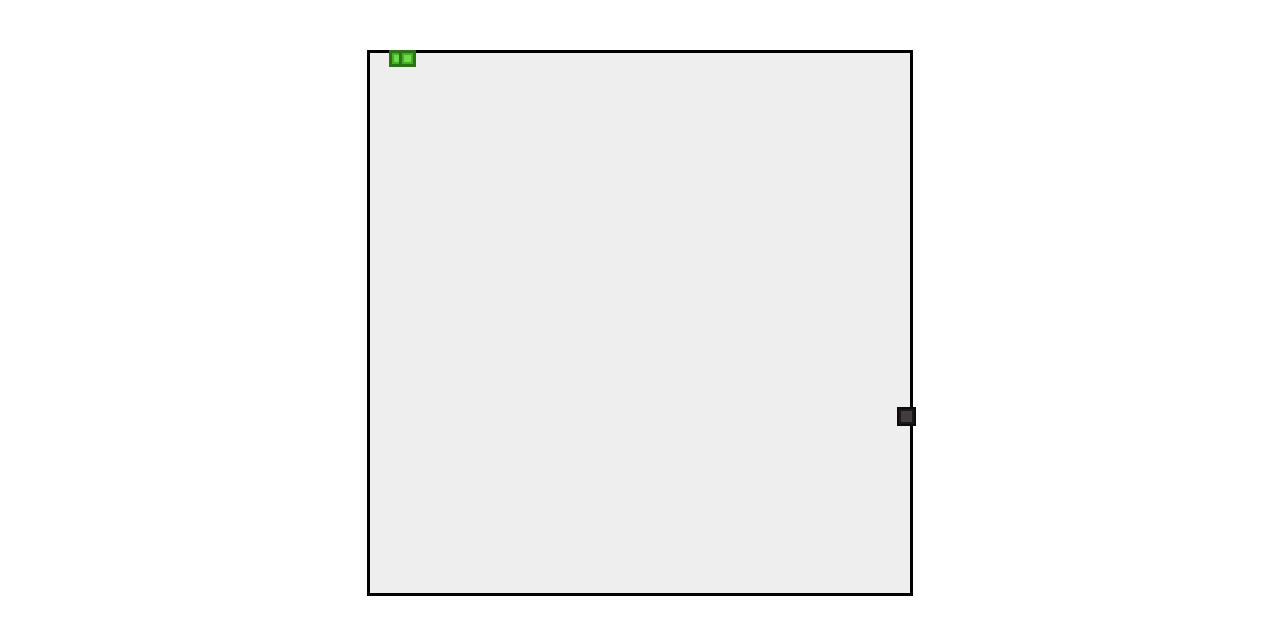
Repository: Krashgul/React_Snake_Game
Page: /
The author's editor kept a copy of each file at every save. The page is drawn from the files as they stood at one save, then again after the next save.
The browser window is 1280 px wide. The pictures show the whole page.
The project was rebuilt for these pictures with package versions that can differ from the ones it lists, and the page was loaded fresh each time.

Above is the page before, as saved 2021-03-02 00:43:15.

### src/index.css
.game-area {
  position: relative;
  margin: 50px auto;
  width: 75vh;
  height: 75vh;
  background-color: #eee;
  border: 3px solid #000;
}

.snake-dot {
  position: absolute;
  width: 2%;
  height: 2%;
  background-color: hsl(106, 66%, 58%);
  border: 2px solid hsl(106, 66%, 41%);
  -webkit-box-shadow: 0px 0px 0px 3px hsl(106, 66%, 27%);
  -moz-box-shadow: 0px 0px 0px 3px hsl(106, 66%, 27%);
  box-shadow: 0px 0px 0px 3px hsl(106, 66%, 27%);
  z-index: 2;
  box-sizing: border-box;
}

.snake-food {
  position: absolute;
  width: 2%;
  height: 2%;
  background: hsl(0, 5%, 25%);
  border: 2px solid hsl(0, 5%, 10%);
  -webkit-box-shadow: 0px 0px 0px 2px hsl(0, 5%, 5%);
  -moz-box-shadow: 0px 0px 0px 2px hsl(0, 5%, 5%);
  box-shadow: 0px 0px 0px 2px hsl(0, 5%, 5%);
  z-index: 1;
}

### src/App.js
import React, { Component } from 'react';
import Snake from './Snake';
import Food from './Food';

const getRandomCoordinates = () => {
  let min = 1;
  let max = 98;
  let x = Math.floor((Math.random()*(max-min+1)+min)/2)*2;
  let y =  Math.floor((Math.random()*(max-min+1)+min)/2)*2;
  return [x,y]
}

const initialState = {
  food: getRandomCoordinates(),
  speed: 50,
  direction: 'RIGHT',
  snakeDots: [
    [0,0],
    [2,0]
  ]
}

class App extends Component {

  state = initialState;

  componentDidMount() {
    setInterval(this.moveSnake, this.state.speed);
    document.onkeydown = this.onKeyDown;
  }

  componentDidUpdate() {
    this.checkIfOutOfBorders();
    this.checkIfCollapsed();
    this.checkIfEat();
  }

  onKeyDown = (e) => {
    e = e || window.event;
    switch (e.keyCode) {
      case 38:
        this.setState({direction: 'UP'});
        break;
      case 40:
        this.setState({direction: 'DOWN'});
        break;
      case 37:
        this.setState({direction: 'LEFT'});
        break;
      case 39:
        this.setState({direction: 'RIGHT'});
        break;
    }
  }

  moveSnake = () => {
    let dots = [...this.state.snakeDots];
    let head = dots[dots.length - 1];

    switch (this.state.direction) {
      case 'RIGHT':
        head = [head[0] + 2, head[1]];
        break;
      case 'LEFT':
        head = [head[0] - 2, head[1]];
        break;
      case 'DOWN':
        head = [head[0], head[1] + 2];
        break;
      case 'UP':
        head = [head[0], head[1] - 2];
        break;
    }
    dots.push(head);
    dots.shift();
    this.setState({
      snakeDots: dots
    })
  }

  checkIfOutOfBorders() {
    let head = this.state.snakeDots[this.state.snakeDots.length - 1];
    if (head[0] >= 100 || head[1] >= 100 || head[0] < 0 || head[1] < 0) {
      this.onGameOver();
    }
  }

  checkIfCollapsed() {
    let snake = [...this.state.snakeDots];
    let head = snake[snake.length - 1];
    snake.pop();
    snake.forEach(dot => {
      if (head[0] == dot[0] && head[1] == dot[1]) {
        this.onGameOver();
      }
    })
  }

  checkIfEat() {
    let head = this.state.snakeDots[this.state.snakeDots.length - 1];
    let food = this.state.food;
    if (head[0] == food[0] && head[1] == food[1]) {
      this.setState({
        food: getRandomCoordinates()
      })
      this.enlargeSnake();
      this.increaseSpeed();
    }
  }

  enlargeSnake() {
    let newSnake = [...this.state.snakeDots];
    newSnake.unshift([])
    this.setState({
      snakeDots: newSnake
    })
  }

  increaseSpeed() {
    if (this.state.speed > 10) {
      this.setState({
        speed: this.state.speed - 10
      })
    }
  }

  onGameOver() {
    alert(`Game Over. Snake length is ${this.state.snakeDots.length}`);
    this.setState(initialState)
  }

  render() {
    return (
      <div className="game-area">
        <Snake snakeDots={this.state.snakeDots}/>
        <Food dot={this.state.food}/>
      </div>
    );
  }
}

export default App;

### src/Snake.js
import React from 'react';

export default (props) => {
  return (
    <div>
      {props.snakeDots.map((dot, i) => {
        const style = {
          left: `${dot[0]}%`,
          top: `${dot[1]}%`
        }
        return (
          <div className="snake-dot" key={i} style={style}></div>
        )
      })}
    </div>
  )
}

Loaded but not shown: public/index.html (common file); src/index.js (common file); src/serviceWorker.js (common file); src/Food.js (common file)

After the next save:
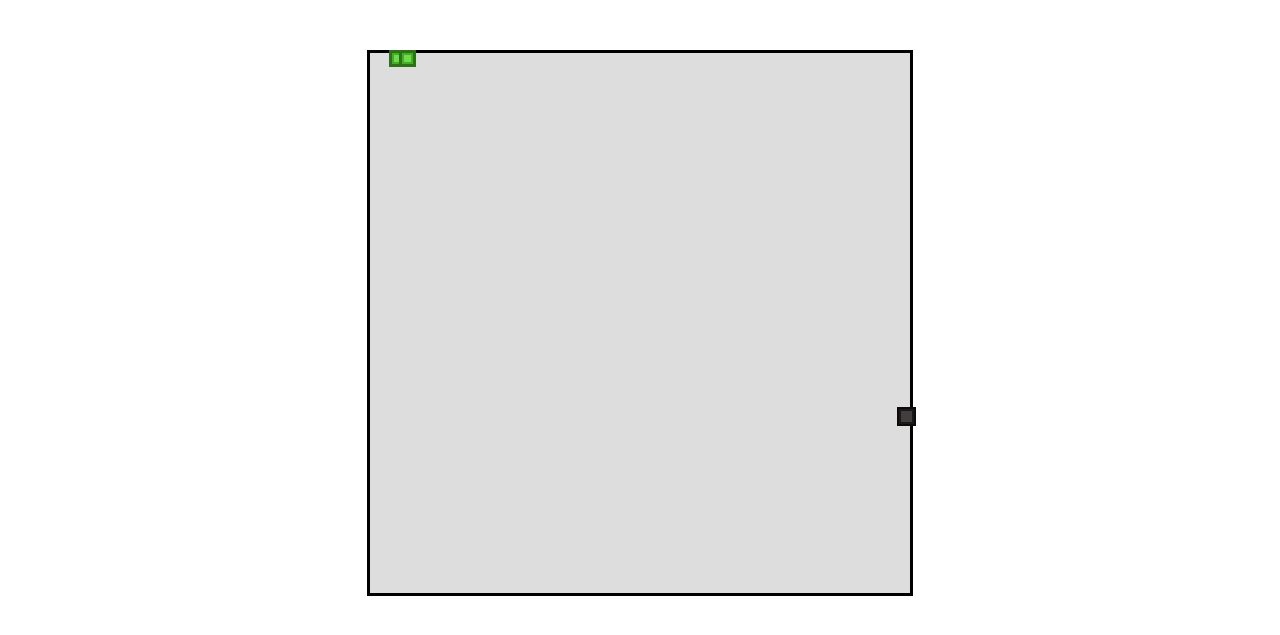
Saved 4 min 12 s later.
--- a/src/index.css
+++ b/src/index.css
@@ -3,7 +3,7 @@
   margin: 50px auto;
   width: 75vh;
   height: 75vh;
-  background-color: #eee;
+  background-color: #ddd;
   border: 3px solid #000;
 }
 
